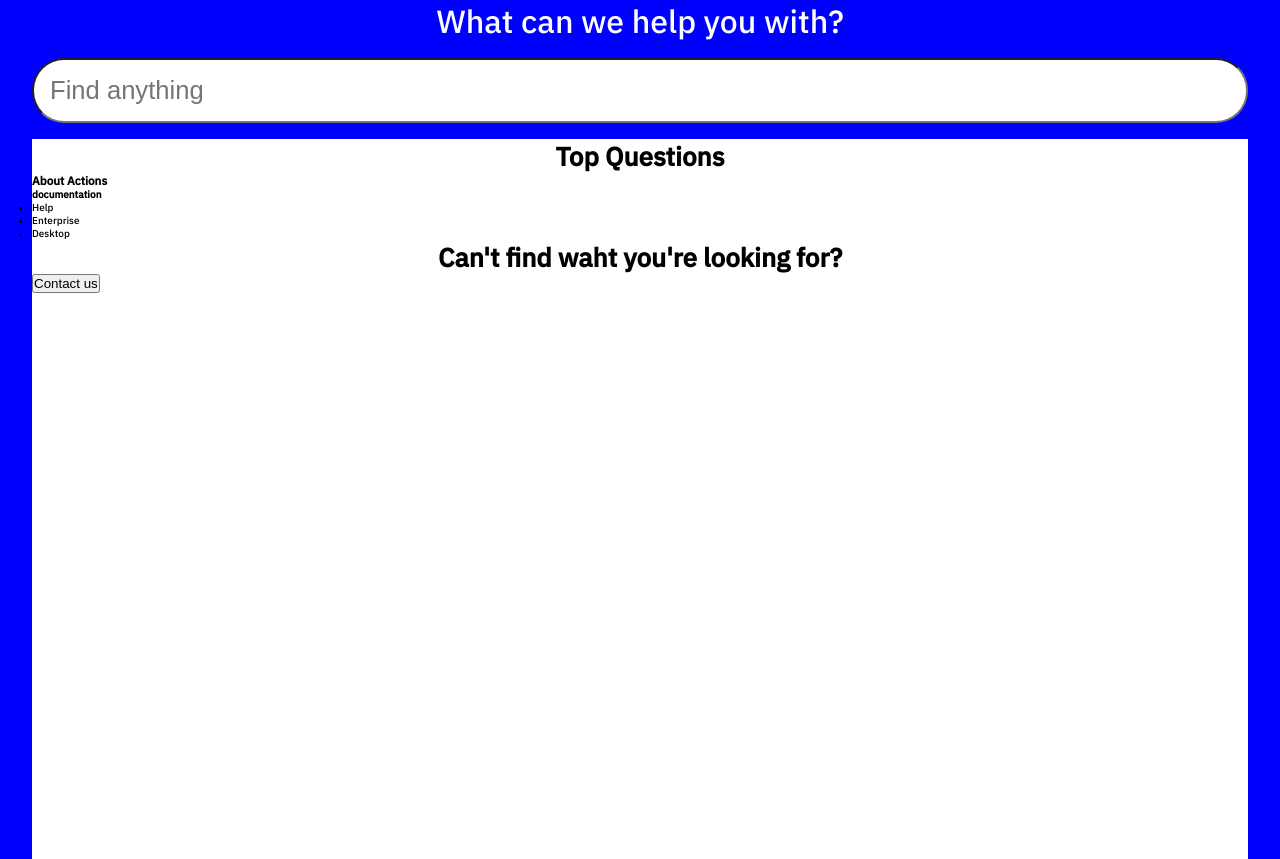
Repository: Hcmwebs/Help-Center-UI-
Page: index.html
These files come from the project's save history. The page is drawn as it stood at one moment and after the next save; the edit follows.
The browser window is 1280 px wide. The pictures show the whole page.
The style sheet was rebuilt from its Sass, Less or Tailwind sources for each picture, by a compiler version that may differ from the author's.

Above is the page before, as saved 2020-08-20 20:42:22.

After the next save:
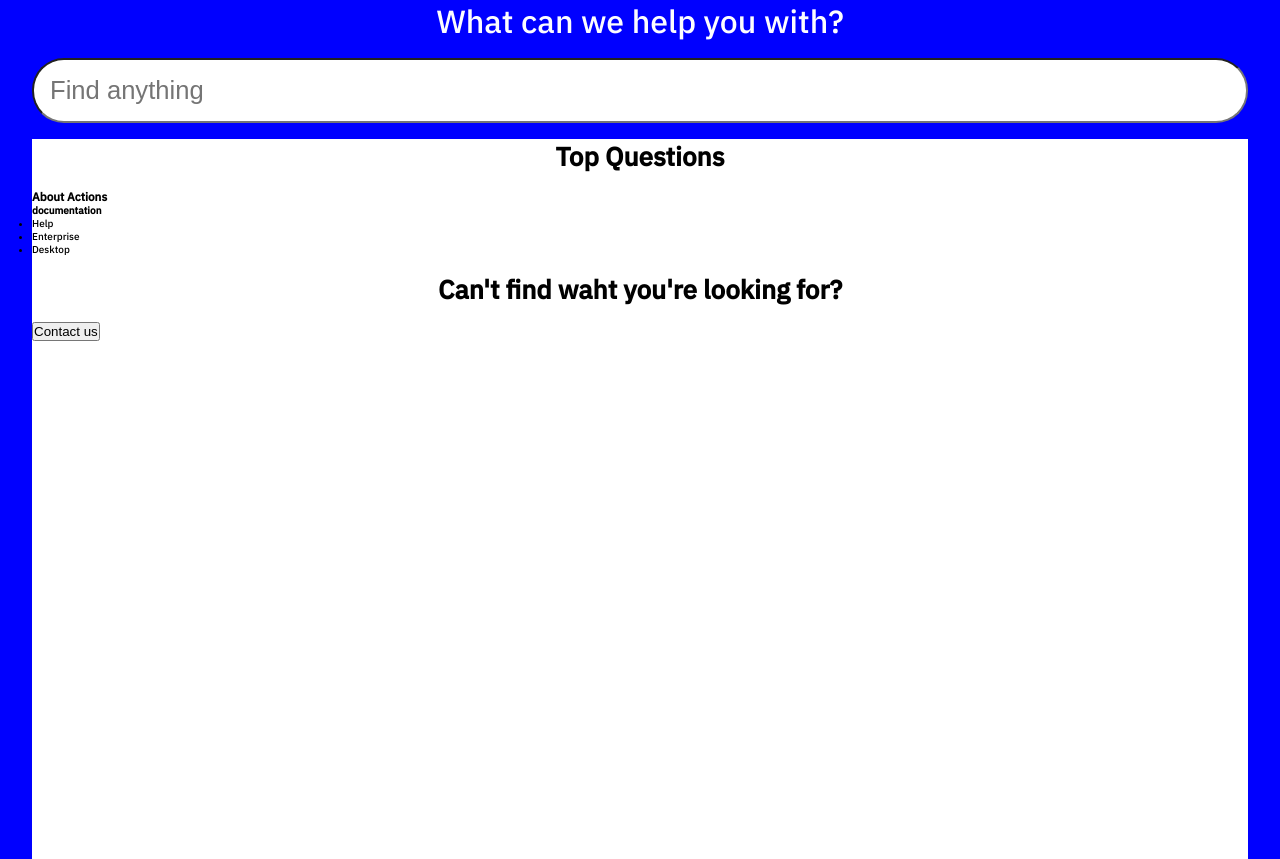
Saved 22 s later.
--- a/scss/styles.scss
+++ b/scss/styles.scss
@@ -53,5 +53,6 @@ header{
     h2{
         text-align: center;
         font-size: 26px;
+        margin: 1rem 0;
     }
 }
